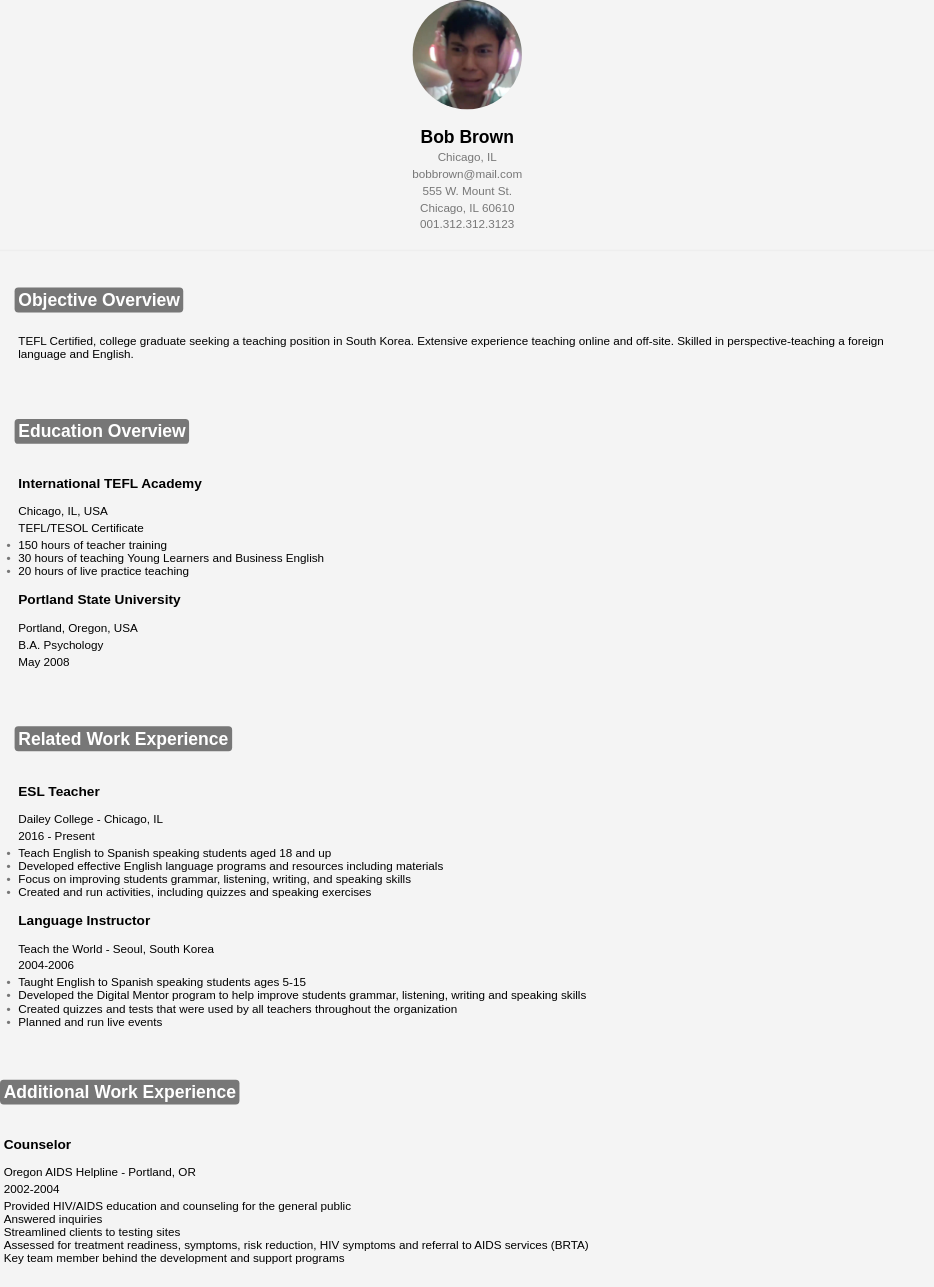
Repository: Gibekkk/WebPro
Page: Tugas Lab 1 (2)/index.html
An editor plug-in stored every save of this project. The page is shown before and after the next save, followed by the edit.
The browser window is 1280 px wide. The pictures show the whole page, at 73% of full size.

Above is the page before, as saved 2024-03-25 13:26:42.

### Tugas Lab 1 (2)/index.html
<!DOCTYPE html>
<html lang="en">
<head>
<meta charset="UTF-8">
<meta name="viewport" content="width=device-width, initial-scale=1.0">
<title>Resume</title>
<style>
  body {
    font-family: Arial, sans-serif;
    margin: 0;
    padding: 0;
    background-color: #f4f4f4;
  }
  .container {
    width: 80%;
    margin: auto;
    background-color: #fff;
    padding: 20px;
    box-shadow: 0 0 10px rgba(0, 0, 0, 0.1);
  }
  .header {
    text-align: center;
    padding-bottom: 20px;
    border-bottom: 2px solid #eee;
  }
  .header img {
    width: 150px;
    height: 150px;
    border-radius: 50%;
    margin-bottom: 10px;
  }
  .header h1 {
    margin: 10px 0 5px;
    font-size: 24px;
  }
  .header p {
    margin: 5px 0;
    color: #777;
  }
  .section {
    padding: 20px 0;
  }
  .section:not(:last-child) {
    margin-top: 10px;
    padding-left: 20px;
    text-align: left;
  }
  .section-title {
    background-color: #777;
    color: white;
    padding: 3px 5px;
    display: inline-block;
    border-radius: 5px;
  }
  .section-content {
    padding: 5px;
  }
  .section-content p, .section-content ul {
    margin: 5px 0;
  }
  .section-content ul {
    list-style-type: none;
    padding: 0;
  }
  .section-content ul li:before {
    content: "•";
    color: #777;
    font-weight: bold;
    display: inline-block;
    width: 1em;
    margin-left: -1em;
  }
</style>
</head>
<body>
  <div class="header">
    <img src="javin.jpg" alt="Bob Brown">
    <h1>Bob Brown</h1>
    <p>Chicago, IL</p>
    <p>bobbrown@mail.com</p>
    <p>555 W. Mount St.</p>
    <p>Chicago, IL 60610</p>
    <p>001.312.312.3123</p>
  </div>
  <div class="section">
    <h2 class="section-title">Objective Overview</h2>
    <div class="section-content">
      <p>TEFL Certified, college graduate seeking a teaching position in South Korea. Extensive experience teaching online and off-site. Skilled in perspective-teaching a foreign language and English.</p>
    </div>
  </div>
  <div class="section">
    <h2 class="section-title">Education Overview</h2>
    <div class="section-content">
      <h3>International TEFL Academy</h3>
      <p>Chicago, IL, USA</p>
      <p>TEFL/TESOL Certificate</p>
      <ul>
        <li>150 hours of teacher training</li>
        <li>30 hours of teaching Young Learners and Business English</li>
        <li>20 hours of live practice teaching</li>
      </ul>
      <h3>Portland State University</h3>
      <p>Portland, Oregon, USA</p>
      <p>B.A. Psychology</p>
      <p>May 2008</p>
    </div>
  </div>
  <div class="section">
    <h2 class="section-title">Related Work Experience</h2>
    <div class="section-content">
      <h3>ESL Teacher</h3>
      <p>Dailey College - Chicago, IL</p>
      <p>2016 - Present</p>
      <ul>
        <li>Teach English to Spanish speaking students aged 18 and up</li>
        <li>Developed effective English language programs and resources including materials</li>
        <li>Focus on improving students grammar, listening, writing, and speaking skills</li>
        <li>Created and run activities, including quizzes and speaking exercises</li>
      </ul>
      <h3>Language Instructor</h3>
      <p>Teach the World - Seoul, South Korea</p>
      <p>2004-2006</p>
      <ul>
        <li>Taught English to Spanish speaking students ages 5-15</li>
        <li>Developed the Digital Mentor program to help improve students grammar, listening, writing and speaking skills</li>
        <li>Created quizzes and tests that were used by all teachers throughout the organization</li>
        <li>Planned and run live events</li>
      </ul>
    </div>
  </div>
  <div class="section">
    <h2 class="section-title">Additional Work Experience</h2>
    <div class="section-content">
      <h3>Counselor</h3>
      <p>Oregon AIDS Helpline - Portland, OR</p>
      <p>2002-2004</p>
      <ul>
        <li>Provided HIV/AIDS education and counseling for the general public</li>
        <li>Answered inquiries</li>
        <li>Streamlined clients to testing sites</li>
        <li>Assessed for treatment readiness, symptoms, risk reduction, HIV symptoms and referral to AIDS services (BRTA)</li>
        <li>Key team member behind the development and support programs</li>
      </ul>
    </div>
  </div>
</body>
</html>

After the next save:
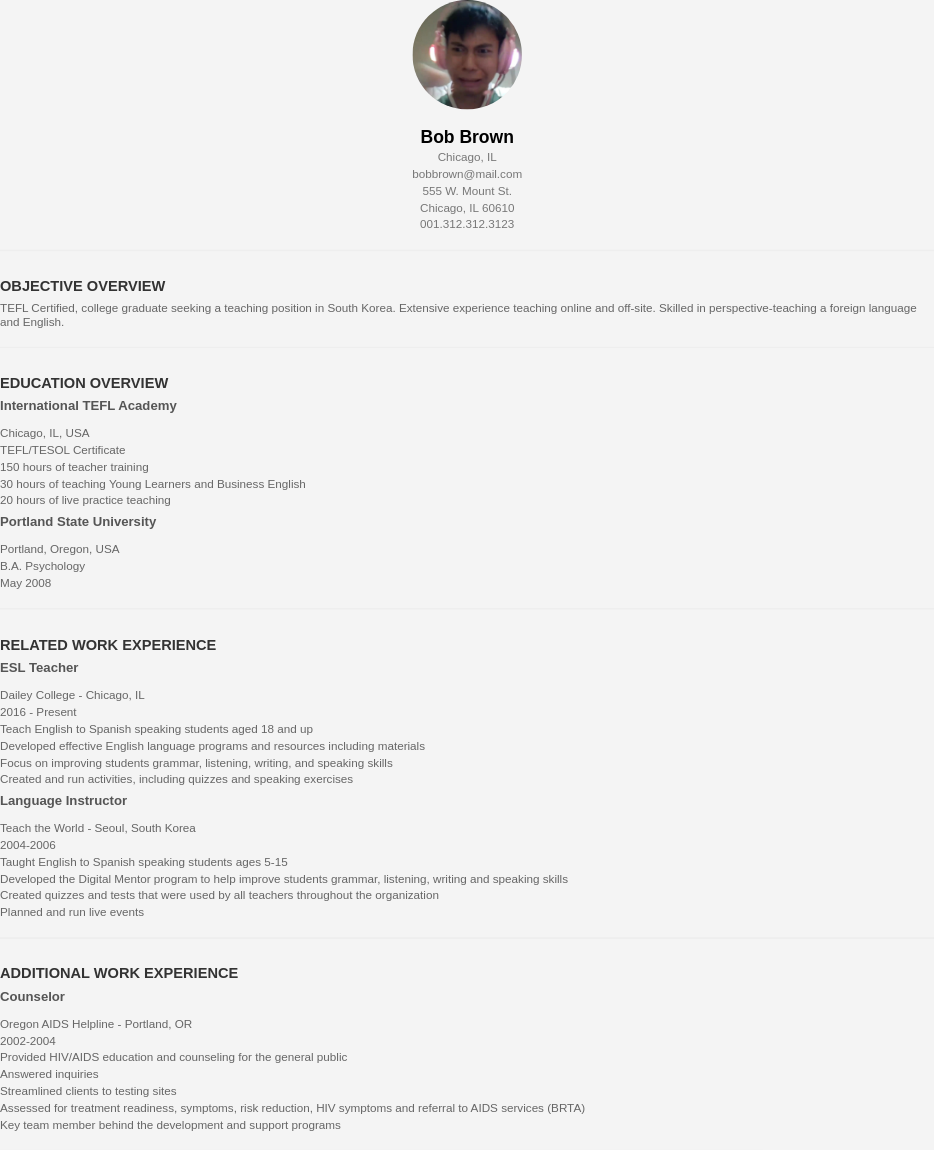
Saved 5 s later.
--- a/Tugas Lab 1 (2)/index.html
+++ b/Tugas Lab 1 (2)/index.html
@@ -41,30 +41,33 @@
     padding: 20px 0;
   }
   .section:not(:last-child) {
-    margin-top: 10px;
-    padding-left: 20px;
-    text-align: left;
+    border-bottom: 2px solid #eee;
   }
   .section-title {
-    background-color: #777;
-    color: white;
-    padding: 3px 5px;
-    display: inline-block;
-    border-radius: 5px;
+    color: #333;
+    margin-bottom: 10px;
+    font-size: 20px;
+    text-transform: uppercase;
   }
-  .section-content {
-    padding: 5px;
+  .section-content h3 {
+    margin-top: 10px;
+    font-size: 18px;
+    color: #555;
   }
   .section-content p, .section-content ul {
     margin: 5px 0;
+    color: #666;
   }
   .section-content ul {
     list-style-type: none;
     padding: 0;
   }
+  .section-content ul li {
+    margin-bottom: 5px;
+  }
   .section-content ul li:before {
     content: "•";
-    color: #777;
+    color: #333;
     font-weight: bold;
     display: inline-block;
     width: 1em;
